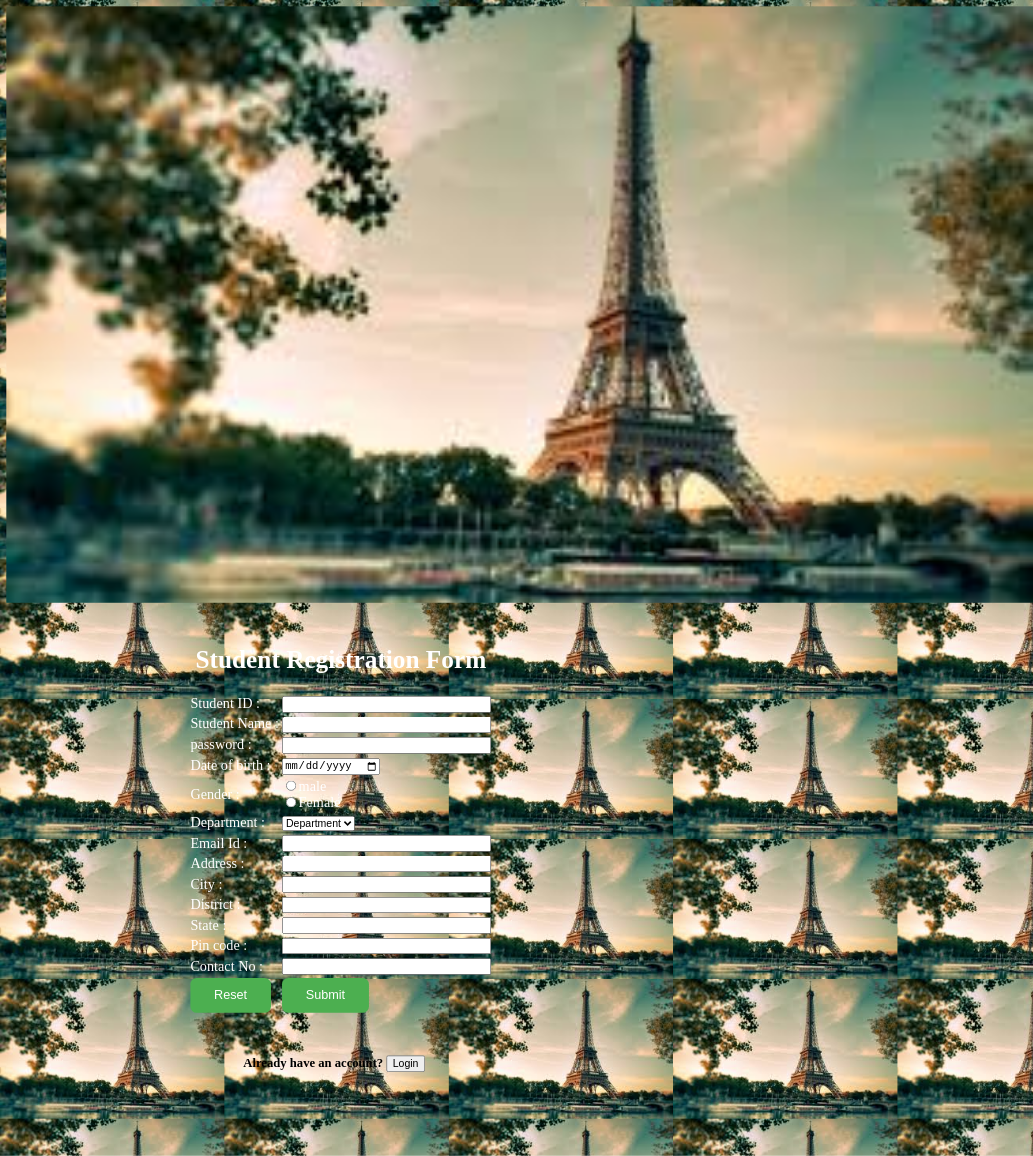
Repository: srikanthModugu/jdbc-servlet-jsp
Page: SutudentRegistration/WebContent/Registration.html
The author's editor kept a copy of each file at every save. The page is drawn from the files as they stood at one save, then again after the next save.
The browser window is 1280 px wide. The page is 1308 px wide, so the pictures cover 1308 px, including what lies to the right of the window. The pictures show the whole page, at 79% of full size.

Above is the page before, as saved 2017-10-02 14:50:18.
Console error: SyntaxError: Unexpected end of input

After the next save:
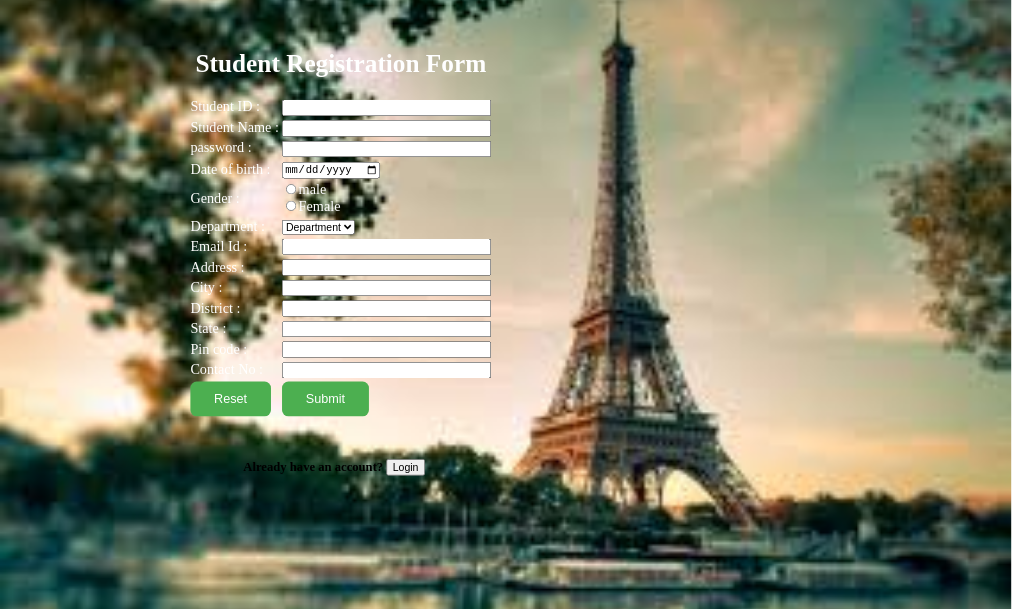
Saved 42 s later.
--- a/SutudentRegistration/WebContent/Registration.html
+++ b/SutudentRegistration/WebContent/Registration.html
@@ -68,11 +68,11 @@ function validateform(){
 </script>
 
 </head>
-<body background="backGround.jpeg">
+<body class="bg"">
 	<div style="height: 755px; width: 1300px; ">
 
 
-<div class="bg"></div>
+
 
 
 
